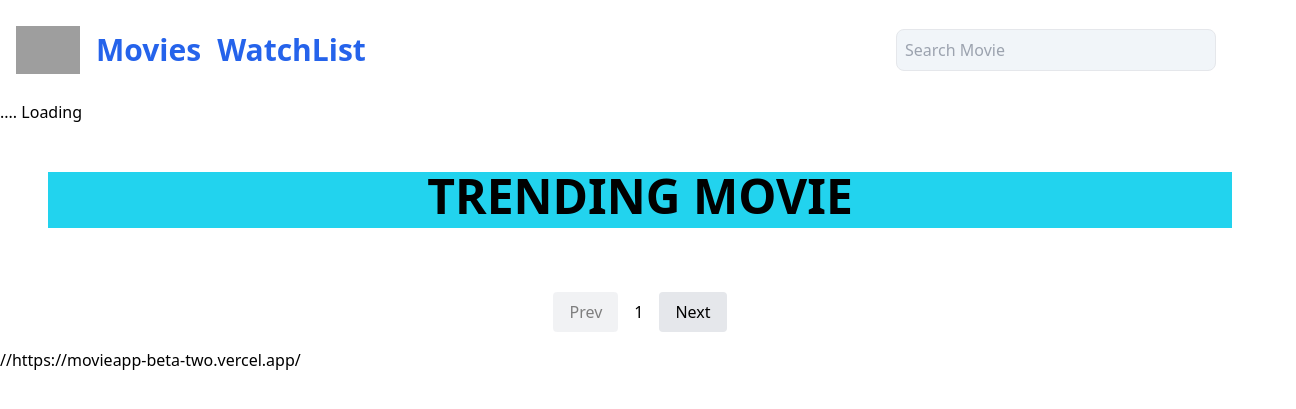
Repository: swapnil0663/MovieApp
Page: /
These files come from the project's save history. The page is drawn as it stood at one moment and after a run of saves; the edit follows.
The browser window is 1280 px wide. The page is 1296 px wide, so the pictures cover 1296 px, including what lies to the right of the window. The pictures show the whole page.
Pictures or frames that could not be fetched are drawn as grey boxes. The page's requests for data from a server got no answer. Some web fonts or font styles are not loaded; a fallback is used. The project was rebuilt for these pictures with package versions that can differ from the ones it lists, and the page was loaded fresh each time. No one was signed in, and anything a server would have sent is missing. Also part of the build but not shown: vite.config.js, src/Components/MovieCard.jsx, src/Components/WatchList.jsx.

Above is the page before, as saved 2025-01-03 23:44:45.

After the next 4 saves:
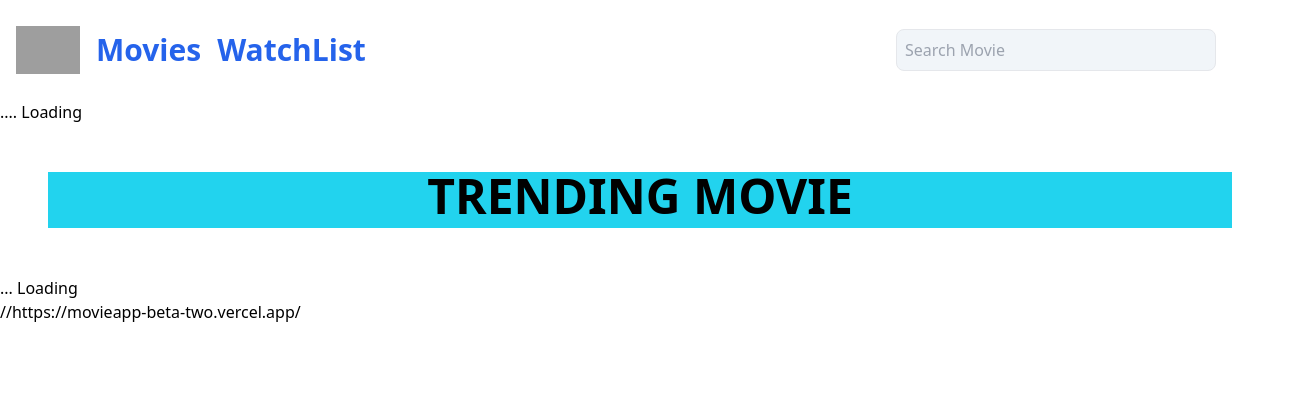
The 4 saves are shown as one change because they came seconds apart.
The last was saved 14 s later.
--- a/src/Components/Movie.jsx
+++ b/src/Components/Movie.jsx
@@ -24,8 +24,11 @@ export default function Movie() {
     //   });
   }, [pageno]);
 
-  if (!movies) {
+  if (isLoading) {
     return <h1> ... Loading </h1>;
+  }
+  if(error){
+    return <h1>Error fetching data</h1>  // Show an error message here if there's an error fetching data.  // Example: return <h1>Error fetching data</h1>;  // Replace this with your own error handling logic.  // You can use the error object from the Redux store to display the error message.  // You can use the useSelector hook to access the error object from the Redux store.  // Example: const { error } = useSelector((store) => store.movieState);  // If error is not null, display the error message.  // Example: if (error) { return <h1>Error fetching data: {error.message}</h1>; }  // Replace this with your own error handling logic.  // You can use the error object from the Redux store to display the error message.  // You can use the useSelector hook to access the error object from the Redux store.  // Example
   }
 
   return (
